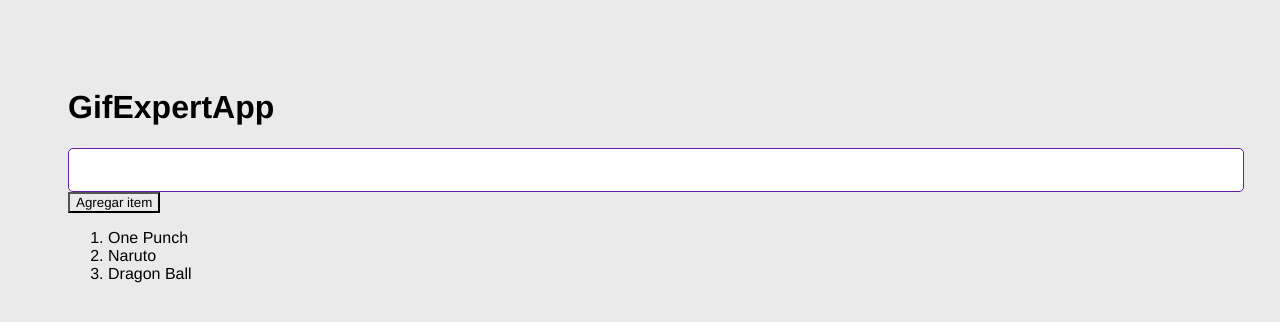
Repository: AlanColliDev/CursoReact
Page: /
These files come from the project's save history. The page is drawn as it stood at one moment and after the next save; the edit follows.
The browser window is 1280 px wide. The pictures show the whole page.
The project was rebuilt for these pictures with package versions that can differ from the ones it lists, and the page was loaded fresh each time. Also part of the build but not shown: vite.config.js.

Above is the page before, as saved 2022-07-07 00:51:48.

After the next save:
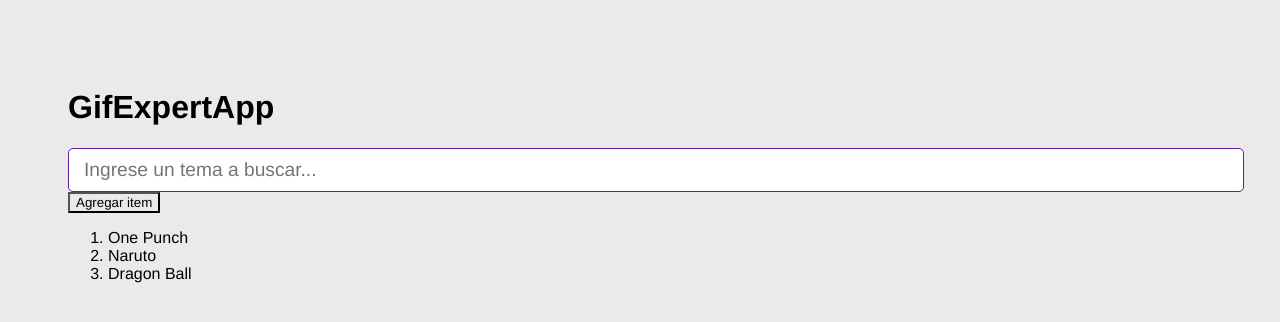
Saved 75 s later.
--- a/src/AddCategory.jsx
+++ b/src/AddCategory.jsx
@@ -1,5 +1,8 @@
 export const AddCategory = () => {
     return (
-        <input type="text" />
+        <input
+            type="text"
+            placeholder="Ingrese un tema a buscar..."
+        />
     )
 }
